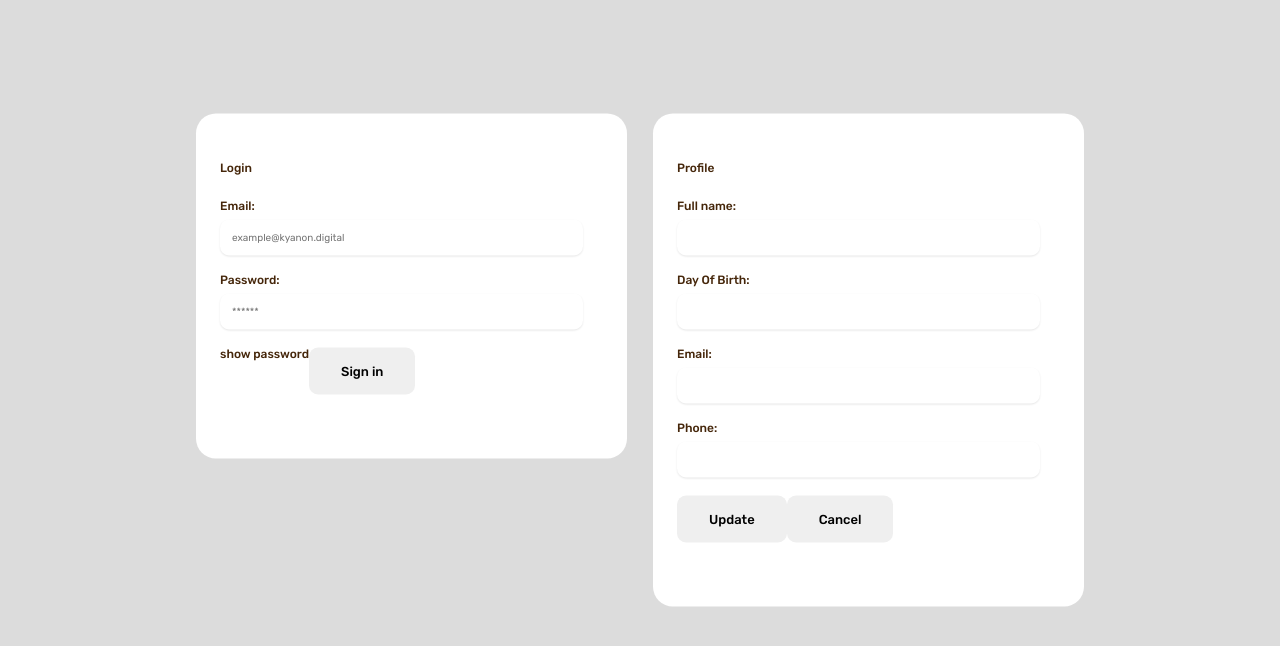
Repository: lethetiem/demon-test
Page: /
The author's editor kept a copy of each file at every save. The page is drawn from the files as they stood at one save, then again after the next save.
The browser window is 1280 px wide. The pictures show the whole page.
The project was rebuilt for these pictures with package versions that can differ from the ones it lists, and the page was loaded fresh each time.

Above is the page before, as saved 2023-03-15 14:14:17.

### public/index.html
<!DOCTYPE html>
<html lang="en">
  <head>
    <meta charset="utf-8" />
    <link rel="icon" href="%PUBLIC_URL%/favicon.ico" />
    <meta name="viewport" content="width=device-width, initial-scale=1" />
    <meta name="theme-color" content="#000000" />
    <meta
      name="description"
      content="Web site created using create-react-app"
    />
    <link rel="apple-touch-icon" href="%PUBLIC_URL%/logo192.png" />
    <link rel="manifest" href="%PUBLIC_URL%/manifest.json" />
    <link
      href="https://fonts.googleapis.com/css2?family=Rubik:wght@400;500;600;700&display=swap"
      rel="stylesheet"
    />
    <title>React App</title>
  </head>
  <body>
    <div id="root"></div>
  </body>
</html>

### src/App.js
import React from "react";
import Login from "./components/Login/Login";
import UpdateProfile from "./components/UpdateProfile/UpdateProfile";
import "./app.css";

const App = () => {
  return (
    <div className="container">
      <div className="cta-form--box">
        <Login></Login>
        <UpdateProfile></UpdateProfile>
      </div>
    </div>
  );
};

export default App;

### src/components/Login/Login.jsx
import React from "react";
import "./login.css";
import "../index.css";

const Login = () => {
  return (
    <div>
      <form className="cta cta-form--sign-in" name="login">
        <div>
          <label htmlFor="log-in">Login</label>
        </div>
        <div>
          <label htmlFor="email">Email:</label>
          <input
            id="email"
            type="email"
            placeholder="example@kyanon.digital"
            name="email"
            required
          ></input>
        </div>

        <div>
          <label htmlFor="password">Password:</label>
          <input
            id="password"
            type="password"
            placeholder="******"
            name="password"
            required
          ></input>
        </div>

        <div className="password-checkbox">
          <input
            id="check-box"
            className="checkbox-input"
            type="checkbox"
            name="check-box"
          ></input>
          <label htmlFor="check-box">show password</label>
          <button className="btn btn--form">Sign in</button>
        </div>
      </form>
    </div>
  );
};

export default Login;

### src/components/UpdateProfile/UpdateProfile.jsx
import React from "react";
import './updateProfile.css'
import '../index.css'

const UpdateProfile = () => {
  return <div>
    <form className="cta cta-form--profile" name="update-profile">
          <div>
            <label htmlFor="profile">Profile</label>
          </div>
          <div>
            <label htmlFor="full-name">Full name:</label>
            <input id="full-name" type="text" name="full-name" required></input>
          </div>

          <div>
            <label htmlFor="day-of-bird">Day Of Birth:</label>
            <input
              id="day-of-bird"
              type="text"
              name="day-of-bird"
              required
            ></input>
          </div>

          <div>
            <label htmlFor="email">Email:</label>
            <input id="email" type="email" name="email" required></input>
          </div>

          <div>
            <label htmlFor="phone-number">Phone:</label>
            <input
              id="phone-number"
              type="text"
              name="phone-number"
              required
            ></input>
          </div>

          <div className="post">
            <button className="btn btn--update">Update</button>
            <button className="btn btn--cancel">Cancel</button>
          </div>
        </form>
  </div>
}

export default UpdateProfile;

### src/app.css
* {
  padding: 0;
  margin: 0;
  box-sizing: border-box;
}

html {
  font-size: 62.5%;
  overflow-x: hidden;
}

body {
  position: relative;
  font-family: "Rubik", sans-serif;
  line-height: 1;
  font-weight: 400;
  color: #555;
  height: 100vh;
  background-color: gainsboro;

  overflow-x: hidden;
}

.container {
  position: absolute;
  top: 50%;
  left: 50%;
  transform: translate(-50%, -50%);
  max-width: 120rem;
  width: 100%;
  padding: 0 3.2rem;
  margin: 0 auto;
}

### src/components/Login/login.css
.cta-form--sign-in {
  background-color: #fff;
  padding-bottom: 2.4rem;
}
.checkbox-input {
  width: 0 !important;
}
.password-checkbox {
  display: flex;
}

### src/components/index.css
.cta-form--box{
  display: grid;
  grid-template-columns: 1fr 1fr;
  column-gap: 2.6rem;
  padding: 1.8rem 12.4rem;
}

.cta{
  display: flex;
  flex-direction: column;
  row-gap: 1.8rem;
  padding: 4.8rem 4.4rem 6.4rem 2.4rem;
  border-radius: 2rem;
  color: #45260a;
}

.cta label{
  display: block;
  font-size: 1.2rem;
  font-weight: 500;
  margin-bottom: 0.8rem;
}

.cta input{
  width: 100%;
  padding: 1.2rem;
  font-size: 1rem;
  font-family: inherit;
  color: inherit;
  border: none;
  border-radius: 9px;
  box-shadow: 0 1px 2px rgba(0, 0, 0, 0.1);
}

.btn,
.btn:link,
.btn:visited {
  display: inline-block;

  text-decoration: none;
  font-size: 1.3rem;
  font-weight: 500;
  padding: 1.6rem 3.2rem;
  border-radius: 9px;

  border: none;
  cursor: pointer;
  font-family: inherit;

  transition: all 0.3s;
}

.btn--full:link,
.btn--full:visited {
  background-color: #e67e22;
  color: #fff;
}

.btn--full:hover,
.btn--full:active {
  background-color: #cf711f;
}

### src/components/UpdateProfile/updateProfile.css
.cta-form--profile{
  background-color: #fff;
}

Loaded but not shown: src/index.js (common file)

After the next save:
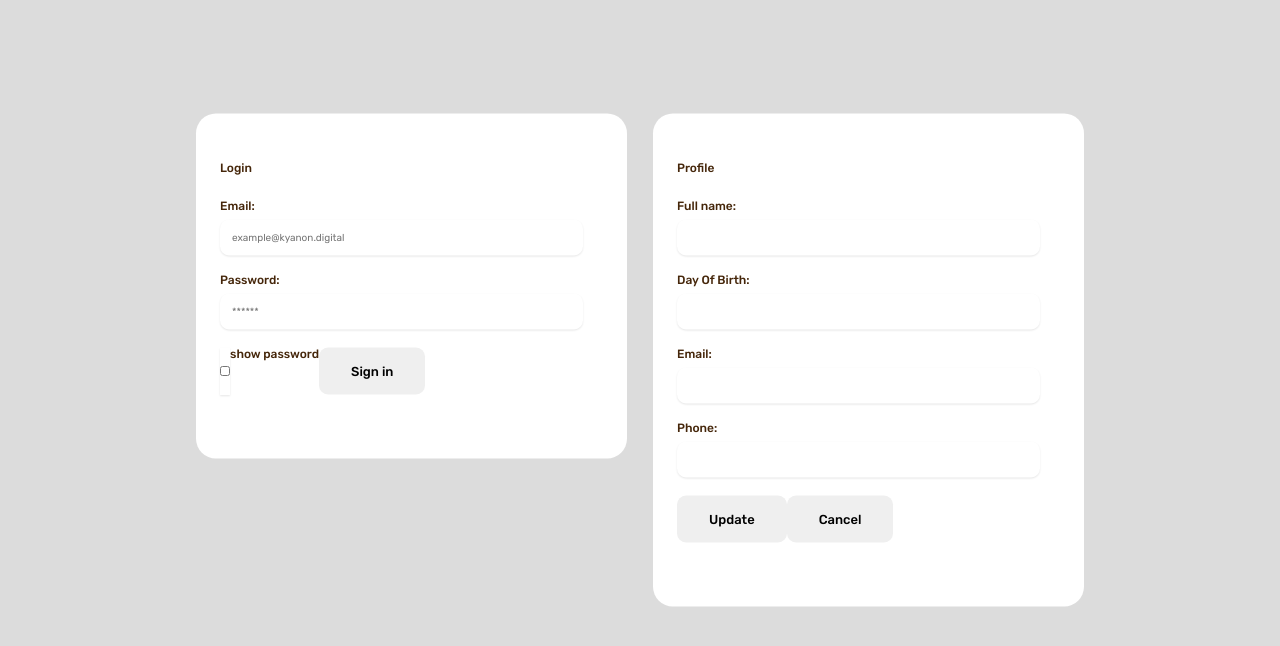
Saved 7 s later.
--- a/src/components/Login/login.css
+++ b/src/components/Login/login.css
@@ -3,7 +3,7 @@
   padding-bottom: 2.4rem;
 }
 .checkbox-input {
-  width: 0 !important;
+  width: 10px !important;
 }
 .password-checkbox {
   display: flex;
